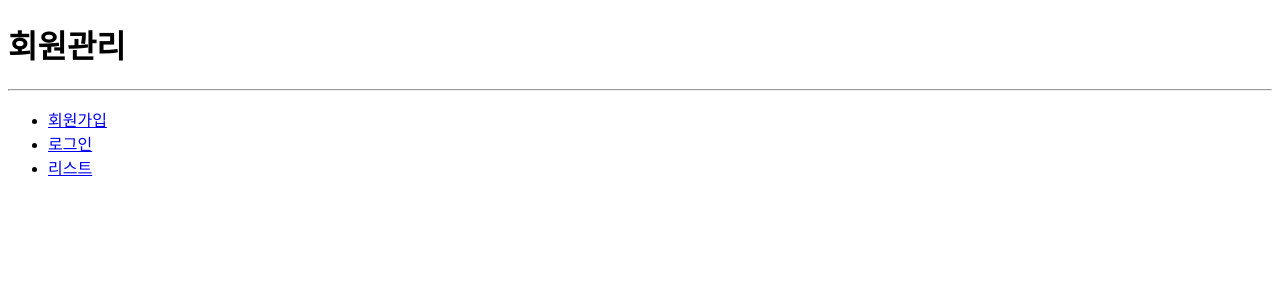
Repository: khy4701/JavaServerPage-Servlet
Page: http://localhost/07.BoardProejct/
These files come from the project's save history. The page is drawn as it stood at one moment and after the next save; the edit follows.
The browser window is 1280 px wide. The pictures show the whole page.
The page is served by Tomcat 9. Other server files are loaded and not shown.

Above is the page before, as saved 2016-07-25 04:53:03.

### 07.BoardProejct/WebContent/index.jsp
<%@ page language="java" contentType="text/html; charset=UTF-8"
    pageEncoding="UTF-8"%>
<!DOCTYPE html>
<html>
<head>
<meta charset="UTF-8">
<title>Insert title here</title>
</head>
<body>
<h1> 회원관리 </h1>
<hr>

<ul>
	<li><a href ="RegisterForm.jsp">회원가입</a>
	<li><a href ="LoginForm.jsp">로그인</a>
	<li><a href ="list.kitri">리스트</a>
</ul>
</body>
</html>

After the next save:
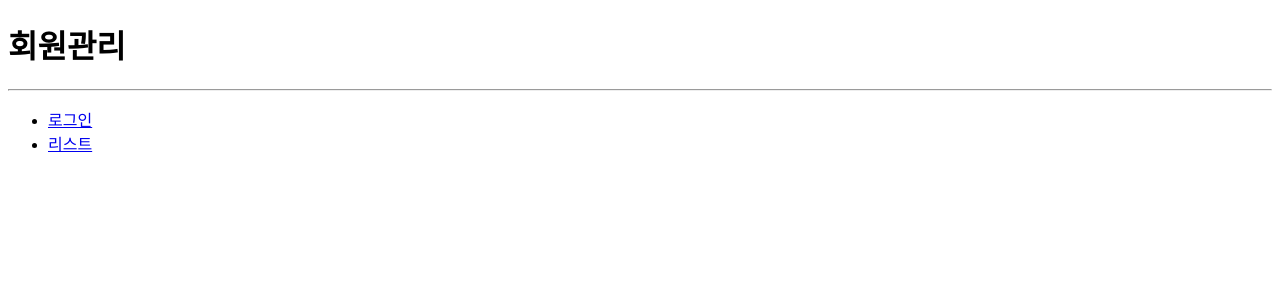
Saved 4 s later.
--- a/07.BoardProejct/WebContent/index.jsp
+++ b/07.BoardProejct/WebContent/index.jsp
@@ -11,7 +11,6 @@
 <hr>
 
 <ul>
-	<li><a href ="RegisterForm.jsp">회원가입</a>
 	<li><a href ="LoginForm.jsp">로그인</a>
 	<li><a href ="list.kitri">리스트</a>
 </ul>
